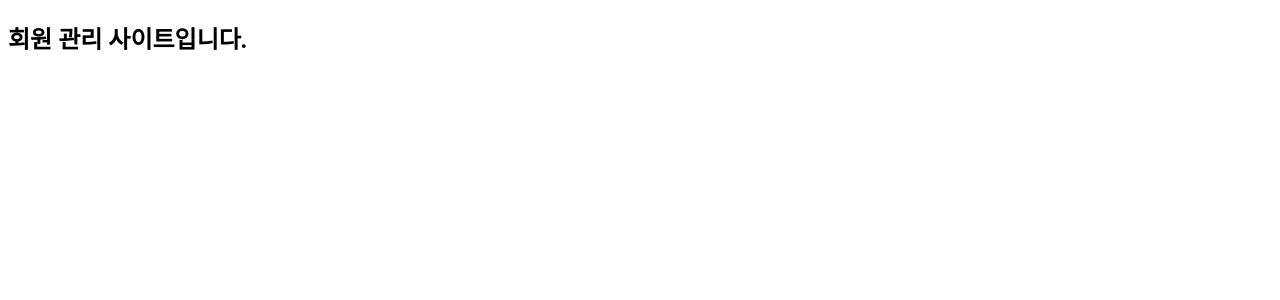
Repository: shinymusket/ideal-memory2
Page: http://localhost/web09/
These files come from the project's save history. The page is drawn as it stood at one moment and after the next save; the edit follows.
The browser window is 1280 px wide. The pictures show the whole page.
The page is served by Tomcat 9.

Above is the page before, as saved 2022-06-14 04:09:02.

After the next save:
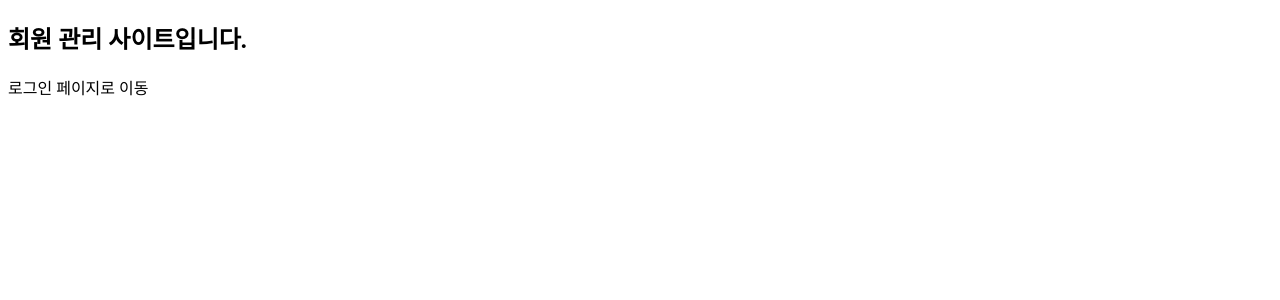
Saved 5 s later.
--- a/jspWorkSpace/web09/WebContent/index.jsp
+++ b/jspWorkSpace/web09/WebContent/index.jsp
@@ -8,5 +8,6 @@
 </head>
 <body>
 	<h2>회원 관리 사이트입니다.</h2>
+	<a>로그인 페이지로 이동</a>
 </body>
 </html>
